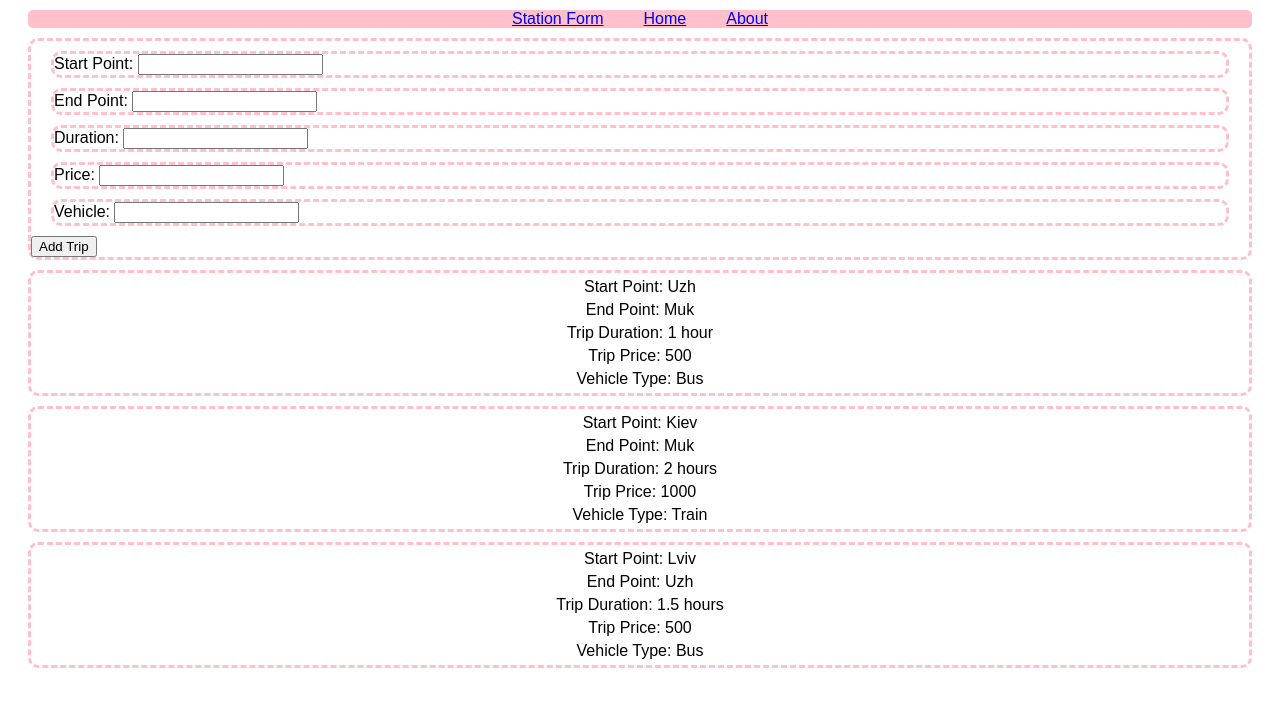
Repository: rutsguifd/mkr2
Page: /#/station-form
An editor plug-in stored every save of this project. The page is shown before and after the next save, followed by the edit.
The browser window is 1280 px wide. The pictures show the whole page.
The project was rebuilt for these pictures with package versions that can differ from the ones it lists, and the page was loaded fresh each time. Also part of the build but not shown: src/views/Home.vue, src/views/About.vue.

Above is the page before, as saved 2021-12-21 20:33:43.

After the next save:
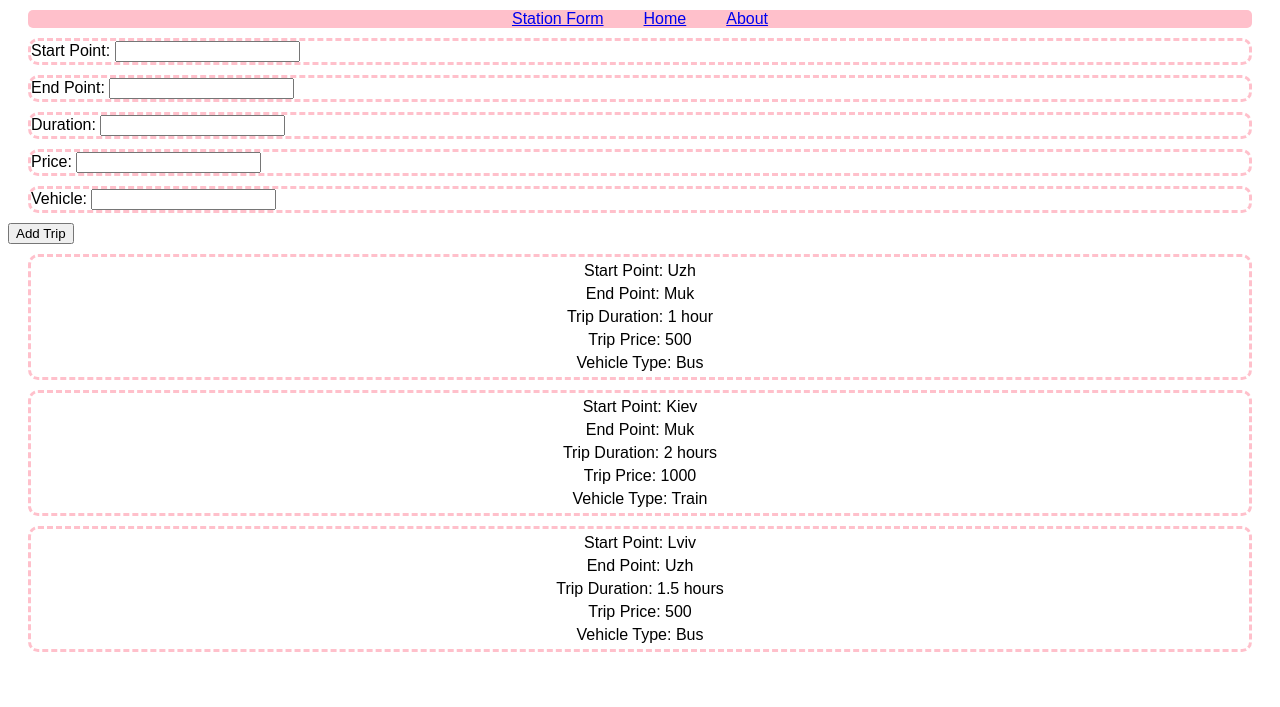
Saved 52 s later.
--- a/src/components/AddTrip.vue
+++ b/src/components/AddTrip.vue
@@ -1,5 +1,5 @@
 <template>
-  <div>
+  <div class="add">
     <div>
       <label>
         Start Point:
@@ -35,45 +35,47 @@
 </template>
 
 <script>
-import { mapMutations } from 'vuex'
-    export default {
-        data() {
-            return {
-                tripStart: "",
-                tripEnd: "",
-                tripDuration: "",
-                tripPrice: "",
-                vehicle: ""
-            }
-        },
-        methods: {
-            ...mapMutations(["addTrip"]),
-            add() {
-                this.addTrip({
-                id: Date.now(),
-                start: this.tripStart,
-                end: this.tripEnd,
-                dur: this.tripDuration,
-                price: this.tripPrice,
-                veh: this.vehicle
-                }),
-                this.tripStart = ""
-                this.tripEnd = ""
-                this.tripDuration = ""
-                this.tripPrice = ""
-                this.vehicle = ""
-            }
-        }
-    }
+import { mapMutations } from "vuex";
+export default {
+  data() {
+    return {
+      tripStart: "",
+      tripEnd: "",
+      tripDuration: "",
+      tripPrice: "",
+      vehicle: "",
+    };
+  },
+  methods: {
+    ...mapMutations(["addTrip"]),
+    add() {
+      this.addTrip({
+        id: Date.now(),
+        start: this.tripStart,
+        end: this.tripEnd,
+        dur: this.tripDuration,
+        price: this.tripPrice,
+        veh: this.vehicle,
+      }),
+        (this.tripStart = "");
+      this.tripEnd = "";
+      this.tripDuration = "";
+      this.tripPrice = "";
+      this.vehicle = "";
+    },
+  },
+};
 </script>
 
 <style lang="scss" scoped>
-div{
+.add {
+  div {
     border: 3px dashed pink;
     border-radius: 10px;
     margin: 10px 20px;
-    label{
-        margin: 10px 0px;
+    label {
+      margin: 10px 0px;
     }
+  }
 }
 </style>
